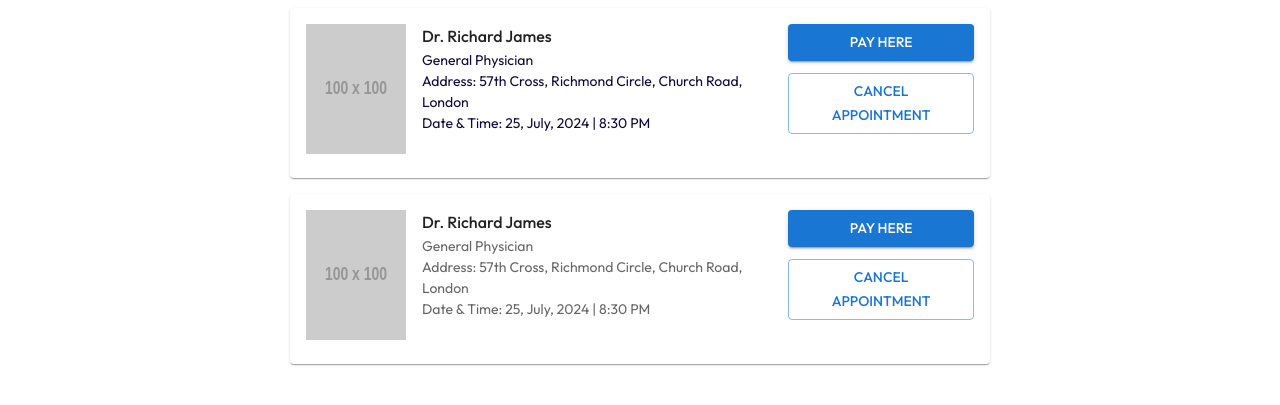
Repository: Ali-Dmerdash/DEPI_GRAD
Page: /
An editor plug-in stored every save of this project. The page is shown before and after the next save, followed by the edit.
The browser window is 1280 px wide. The pictures show the whole page.
The project was rebuilt for these pictures with package versions that can differ from the ones it lists, and the page was loaded fresh each time. Also part of the build but not shown: vite.config.ts.

Above is the page before, as saved 2024-10-08 20:50:47.

After the next save:
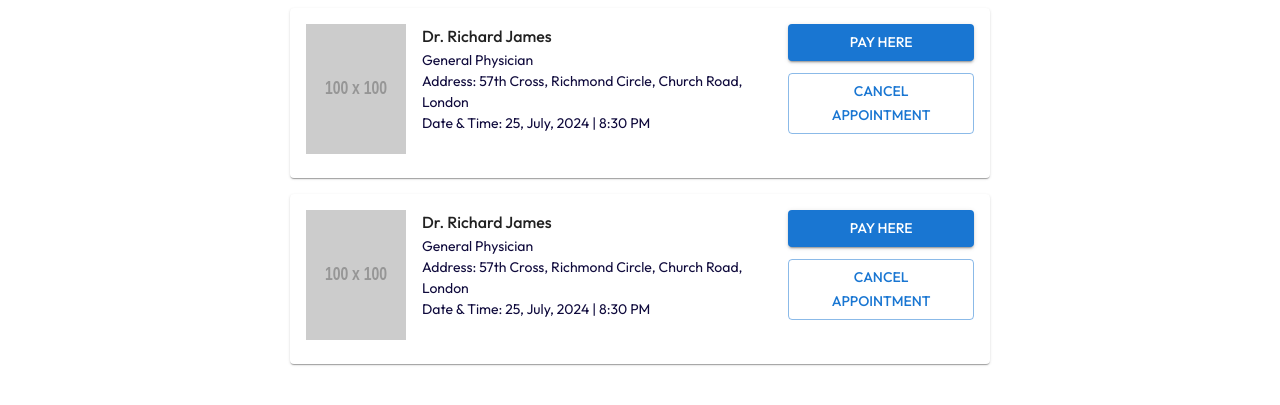
Saved 26 s later.
--- a/src/pages/myappointment/index.tsx
+++ b/src/pages/myappointment/index.tsx
@@ -58,13 +58,13 @@ const MyAppointment: React.FC = () => {
               <Typography variant="h6" fontSize="16px">
                 Dr. Richard James
               </Typography>
-              <Typography color="textSecondary" fontSize="14px">
+              <Typography color="#0F0A3C" fontSize="14px">
                 General Physician
               </Typography>
-              <Typography color="textSecondary" fontSize="14px">
+              <Typography color="#0F0A3C" fontSize="14px">
                 Address: 57th Cross, Richmond Circle, Church Road, London
               </Typography>
-              <Typography color="textSecondary" fontSize="14px">
+              <Typography color="#0F0A3C" fontSize="14px">
                 Date & Time: 25, July, 2024 | 8:30 PM
               </Typography>
             </Box>
